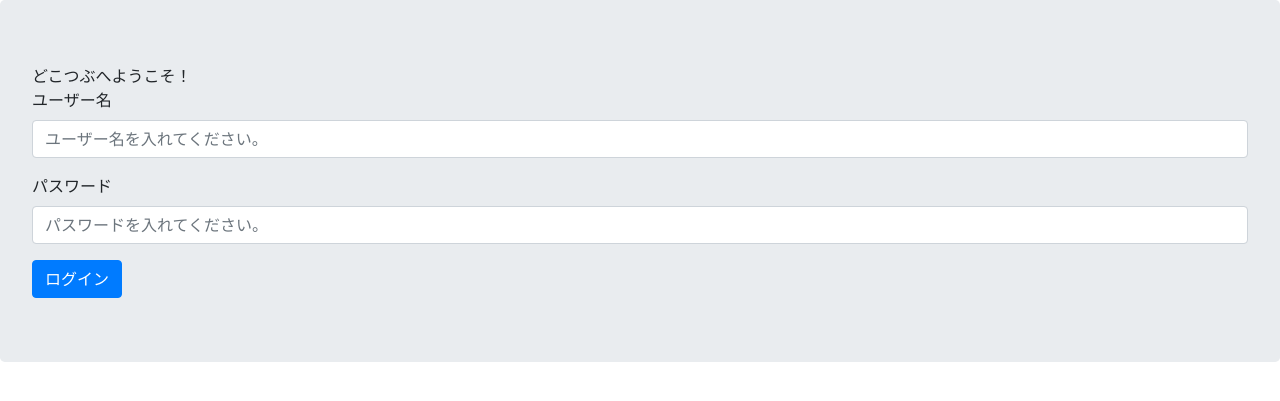
Repository: lunalice/01_START
Page: http://localhost/hello_world_now/
An editor plug-in stored every save of this project. The page is shown before and after the next save, followed by the edit.
The browser window is 1280 px wide. The pictures show the whole page.
The page is served by Tomcat 9. Other server files are loaded and not shown.

Above is the page before, as saved 2018-02-07 05:49:11.
Console error: TypeError: Cannot read properties of undefined (reading 'fn')

### eclipse-workspace/hello_world_now/WebContent/index.jsp
<%@ page language="java" contentType="text/html; charset=UTF-8"
	pageEncoding="UTF-8"%>
<!DOCTYPE html>
<html>
<head>
<meta http-equiv="Content-Type" content="text/html; charset=UTF-8">
<link rel="stylesheet"
	href="https://maxcdn.bootstrapcdn.com/bootstrap/4.0.0/css/bootstrap.min.css"
	integrity="sha384-Gn5384xqQ1aoWXA+058RXPxPg6fy4IWvTNh0E263XmFcJlSAwiGgFAW/dAiS6JXm"
	crossorigin="anonymous">
<script
	src="https://maxcdn.bootstrapcdn.com/bootstrap/4.0.0/js/bootstrap.min.js"
	integrity="sha384-JZR6Spejh4U02d8jOt6vLEHfe/JQGiRRSQQxSfFWpi1MquVdAyjUar5+76PVCmYl"
	crossorigin="anonymous"></script>
<title>どこつぶ</title>
</head>
<body>
	<div class="jumbotron">
	<div class="panel-heading">どこつぶへようこそ！</div>
	<form action="/hello_world_now/Login" method="post">
		<div class="form-group">
			<label for="InputEmail">ユーザー名</label>
			<input type="text" class="form-control" name="name" placeholder="ユーザー名を入れてください。">
		</div>
		<div class="form-group">
			<label for="InputEmail">パスワード</label>
			<input type="text" class="form-control" name="pass" placeholder="パスワードを入れてください。">
		</div>
		<input class="btn btn-primary" type="submit" value="ログイン">
	</form>
	</div>
</body>
</html>

After the next save:
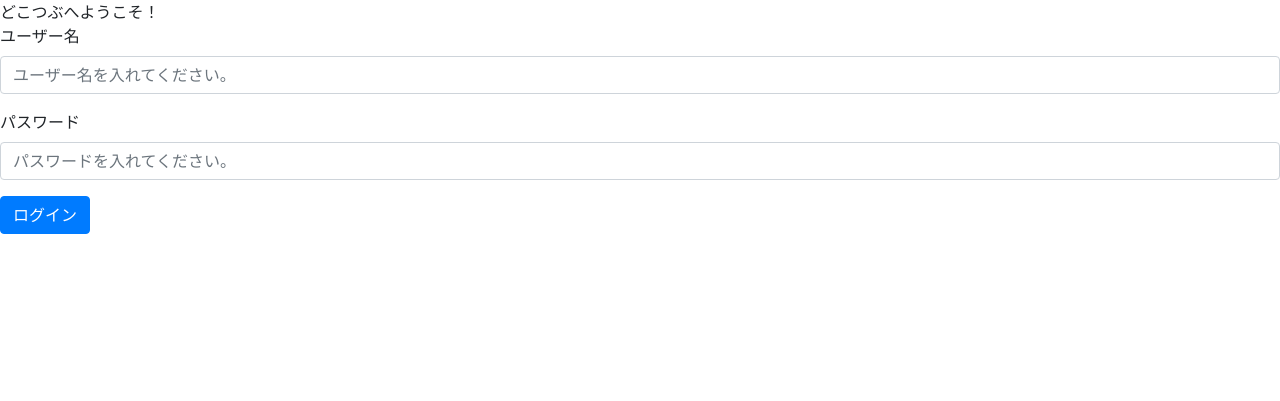
Saved 59 s later.
--- a/eclipse-workspace/hello_world_now/WebContent/index.jsp
+++ b/eclipse-workspace/hello_world_now/WebContent/index.jsp
@@ -15,7 +15,7 @@
 <title>どこつぶ</title>
 </head>
 <body>
-	<div class="jumbotron">
+	<div class="panel panel-default">
 	<div class="panel-heading">どこつぶへようこそ！</div>
 	<form action="/hello_world_now/Login" method="post">
 		<div class="form-group">

After the save that followed:
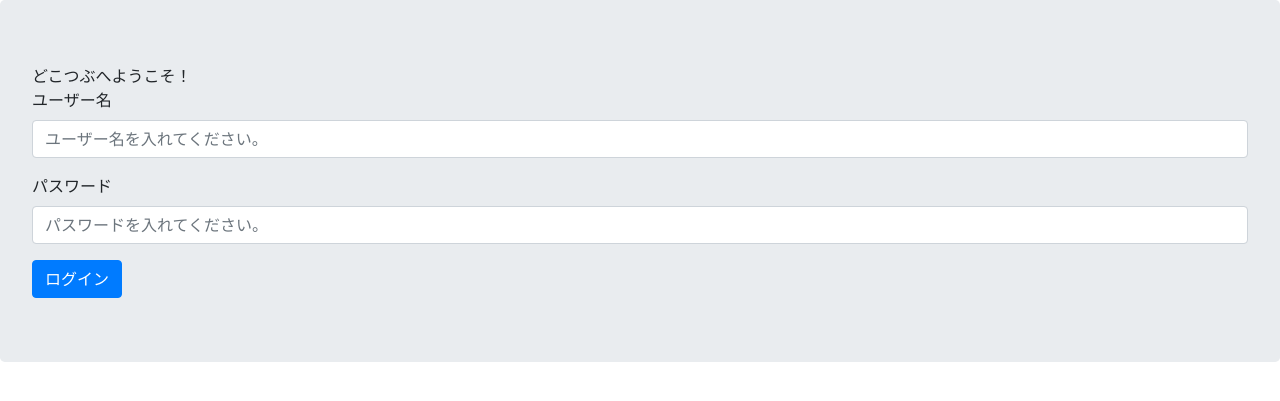
Saved 11 s later.
--- a/eclipse-workspace/hello_world_now/WebContent/index.jsp
+++ b/eclipse-workspace/hello_world_now/WebContent/index.jsp
@@ -15,7 +15,7 @@
 <title>どこつぶ</title>
 </head>
 <body>
-	<div class="panel panel-default">
+	<div class="jumbotron">
 	<div class="panel-heading">どこつぶへようこそ！</div>
 	<form action="/hello_world_now/Login" method="post">
 		<div class="form-group">
